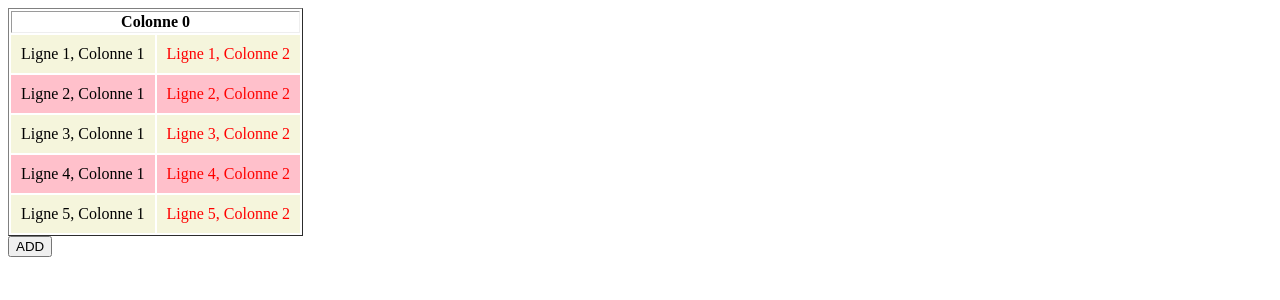
Repository: Chaimaa482/web-tp4
Page: ex1.html
The author's editor kept a copy of each file at every save. The page is drawn from the files as they stood at one save, then again after a run of saves.
The browser window is 1280 px wide. The pictures show the whole page.

Above is the page before, as saved 2023-10-29 15:14:14.

### ex1.html
<!DOCTYPE html>
<html>
<style>
</style>
<body>
    <table border="1">
        <tr>
            <th>Colonne 0</th>
            <th>Colonne 0</th>
        </tr>
        <tr>
            <td>Ligne 1, Colonne 1</td>
            <td>Ligne 1, Colonne 2</td>
        </tr>
        <tr>
            <td>Ligne 2, Colonne 1</td>
            <td>Ligne 2, Colonne 2</td>
        </tr>
        <tr>
            <td>Ligne 3, Colonne 1</td>
            <td>Ligne 3, Colonne 2</td>
        </tr>
        <tr>
            <td>Ligne 4, Colonne 1</td>
            <td>Ligne 4, Colonne 2</td>
        </tr>
        <tr>
            <td>Ligne 5, Colonne 1</td>
            <td>Ligne 5, Colonne 2</td>
        </tr>



    </table>
    <button>ADD</button>

    <script>
        var table = document.getElementsByTagName('table');
        var cells = document.getElementsByTagName("td");
        // Donner une couleur de fond rose aux lignes paires et beige aux lignes impaires
        var rows = document.querySelectorAll("tr");
        for (var i = 1; i < rows.length; i++) {
            if (i % 2 === 0) {
                rows[i].style.backgroundColor = "pink";
            } else {
                rows[i].style.backgroundColor = "beige";
            }
        }

        // Donner une classe col1 aux colonnes paires et col2 aux colonnes impaires
        for (var i = 0; i < cells.length; i++) {
            if (i % 2 === 0) {
                cells[i].style.color= 'black';
            } else {
                cells[i].style.color= 'red';
            }
        }
        //fusionner la premiere line
        var row = document.querySelector('table tr:first-child');
        row.cells[0].colSpan=2;
        row.removeChild(row.cells[1]);


        //delete bordure
        rows[0].style.border = "none";
        for (var i = 0; i < cells.length; i++) {
            cells[i].style.border = "none";
            cells[i].style.padding='10px'
        }

        //making the table cells editable on click
        for (var i = 0; i < cells.length; i++) {
        cells[i].addEventListener("click", function() {
        var cellText = this.innerText;
        this.innerHTML = "<input type='text' value='" + cellText + "'>";
        var input = this.querySelector("input");
        input.focus();
        input.addEventListener("blur", function() {
            cellText = this.value;
            this.parentNode.innerText = cellText;
        });
         }); }

         //add row
         var addButton = document.querySelector('button');
         addButton.addEventListener('click', function() {
          var newRow = document.createElement('tr');
          newRow.innerHTML = "<td><input type='text' value=''></td><td><input type='text' value=''></td><td></td>";
          document.querySelector('table').appendChild(newRow);
          });

          //delete button





    </script>
</body>
</html>

After the next 2 saves:
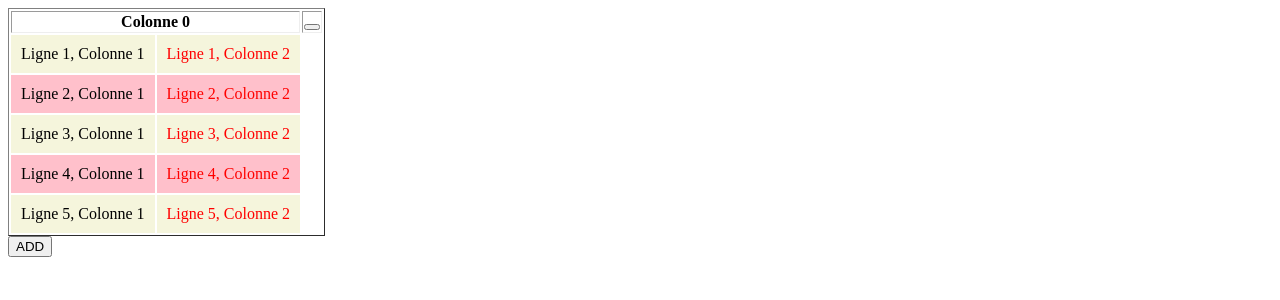
The 2 saves are shown as one change because they came seconds apart.
The last was saved 21 s later.
--- a/ex1.html
+++ b/ex1.html
@@ -7,6 +7,7 @@
         <tr>
             <th>Colonne 0</th>
             <th>Colonne 0</th>
+            <th><button></button></th>
         </tr>
         <tr>
             <td>Ligne 1, Colonne 1</td>
